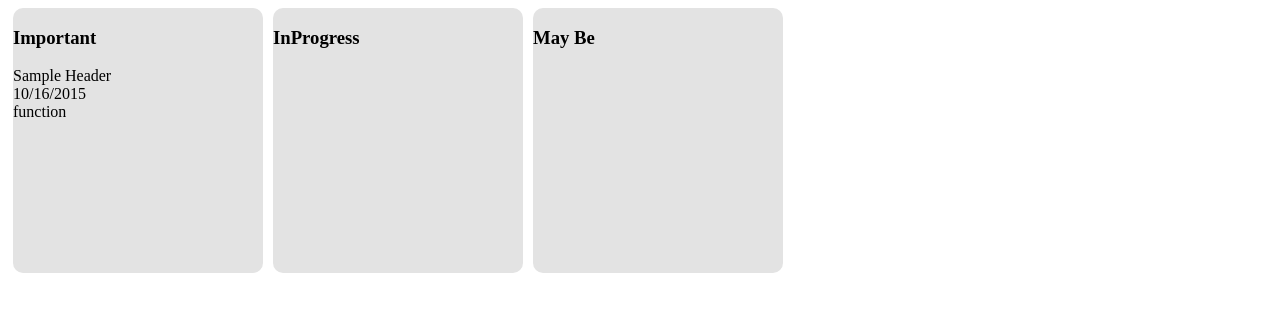
Repository: TharanyaM/Adaptavant--project
Page: Jdo/war/todo.html
The author's editor kept a copy of each file at every save. The page is drawn from the files as they stood at one save, then again after the next save.
The browser window is 1280 px wide. The pictures show the whole page.

Above is the page before, as saved 2015-10-16 12:04:47.

### Jdo/war/todo.html
<html>
<head>
<title>todo</title>
<link href="style.css" rel="stylesheet" type="text/css">
</head>
<body>
	<div class="task-list" id="Important">
		<h3>Important</h3>
		<!-- Sample task added manually to check look -->
		<div class="todo-task">
			<div class="task-header">Sample Header</div>
			<div class="task-date">10/16/2015</div>
			<div class="task-description">function</div>
		</div>
	</div>

	<div class="task-list" id="inProgress">
		<h3>InProgress</h3>
	</div>

	<div class="task-list" id="May Be">
		<h3>May Be</h3>
	</div>

</body>
</html>

### Jdo/war/style.css
.task-list {
  width: 250px;
  height:250px;
  float: left;
  margin: 0 5px;
  background-color: #e3e3e3;
  min-height: 240px;
  border-radius: 10px;
  padding-bottom: 15px;
}

After the next save:
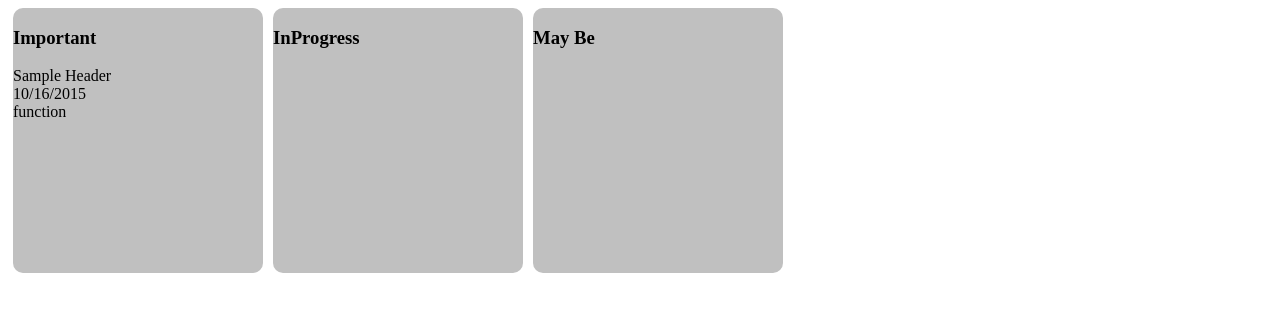
Saved 30 s later.
--- a/Jdo/war/style.css
+++ b/Jdo/war/style.css
@@ -3,7 +3,7 @@
   height:250px;
   float: left;
   margin: 0 5px;
-  background-color: #e3e3e3;
+  background-color: #c0c0c0;
   min-height: 240px;
   border-radius: 10px;
   padding-bottom: 15px;
